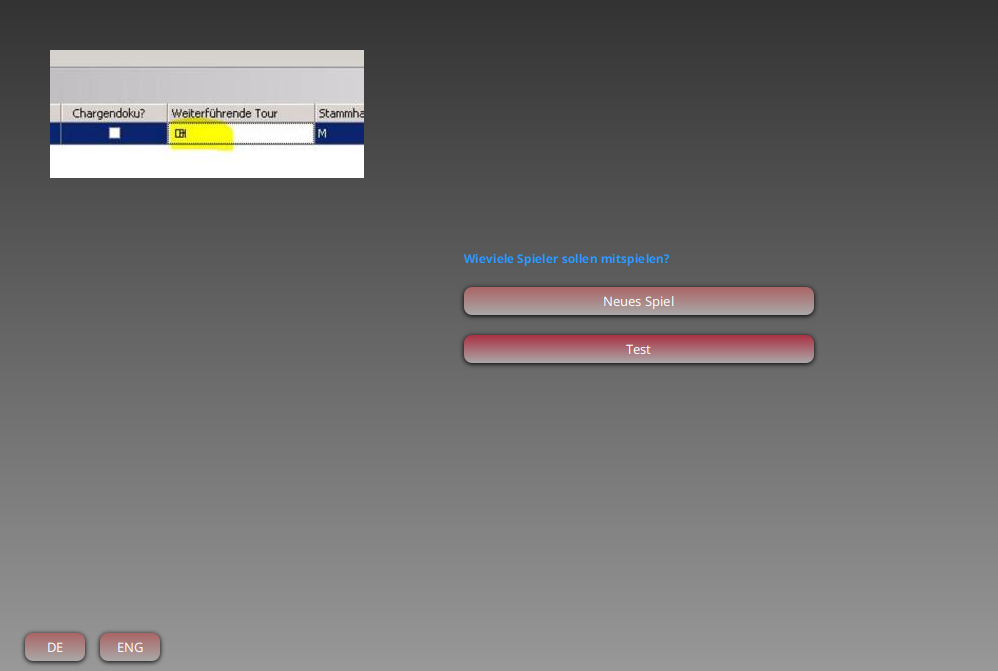
Repository: berger-designz/MenschAergereDichNicht
Program's window: java MenschAergereDichNicht/src/Game_GUI/GUI_Primary.java
The author's editor kept a copy of each file at every save. The program's window is drawn from the files as they stood at one save, then again after the next save.
It runs on Java 21 on a 1366 x 768 screen with JavaFX 11; the title bar is not drawn. It also reads MenschAergereDichNicht/src/style/test_pic_1.jpg.

Above is the program's window before, as saved 2016-05-25 14:06:26.

After the next save:
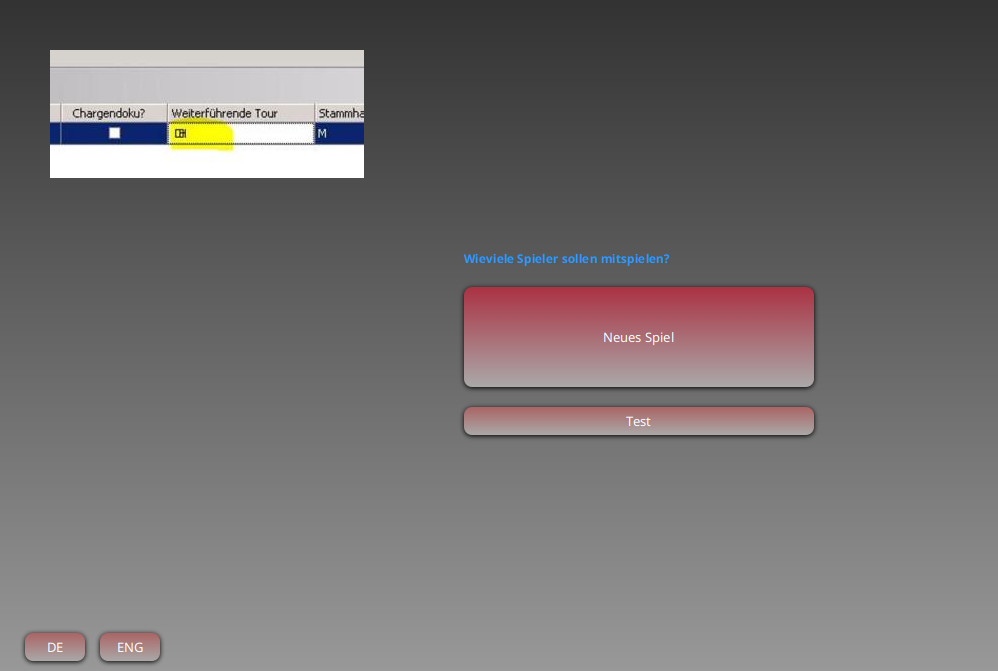
Saved 108 s later.
--- a/MenschAergereDichNicht/src/Game_GUI/GUI_Primary.java
+++ b/MenschAergereDichNicht/src/Game_GUI/GUI_Primary.java
@@ -81,6 +81,8 @@
 		lang_en_Button.setMaxWidth(Double.MAX_VALUE);
 
 		VBox vbox = new VBox();
+		VBox.setVgrow(gameStart_Button, Priority.ALWAYS);
+		gameStart_Button.setMinHeight(100);
 		vbox.getChildren().addAll(top_label, gameStart_Button, test_button);
 		vbox.setPadding(new Insets(250, 50, 50, 50));
 		vbox.setSpacing(20);
